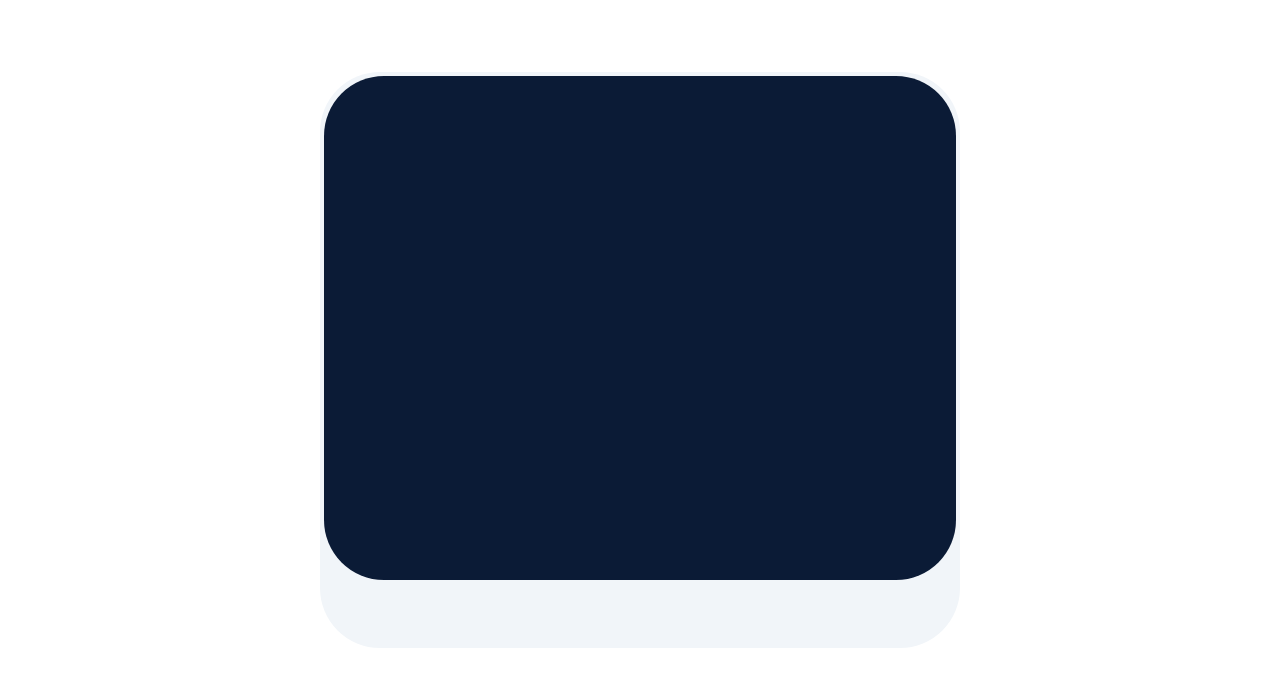
Repository: yezhonghu0503/chatgpt-vue-lac
Page: /
An editor plug-in stored every save of this project. The page is shown before and after the next save, followed by the edit.
The browser window is 1280 px wide. The pictures show the whole page.
The project was rebuilt for these pictures with package versions that can differ from the ones it lists, and the page was loaded fresh each time. Also part of the build but not shown: vite.config.ts.

Above is the page before, as saved 2023-05-17 18:53:47.

After the next save:
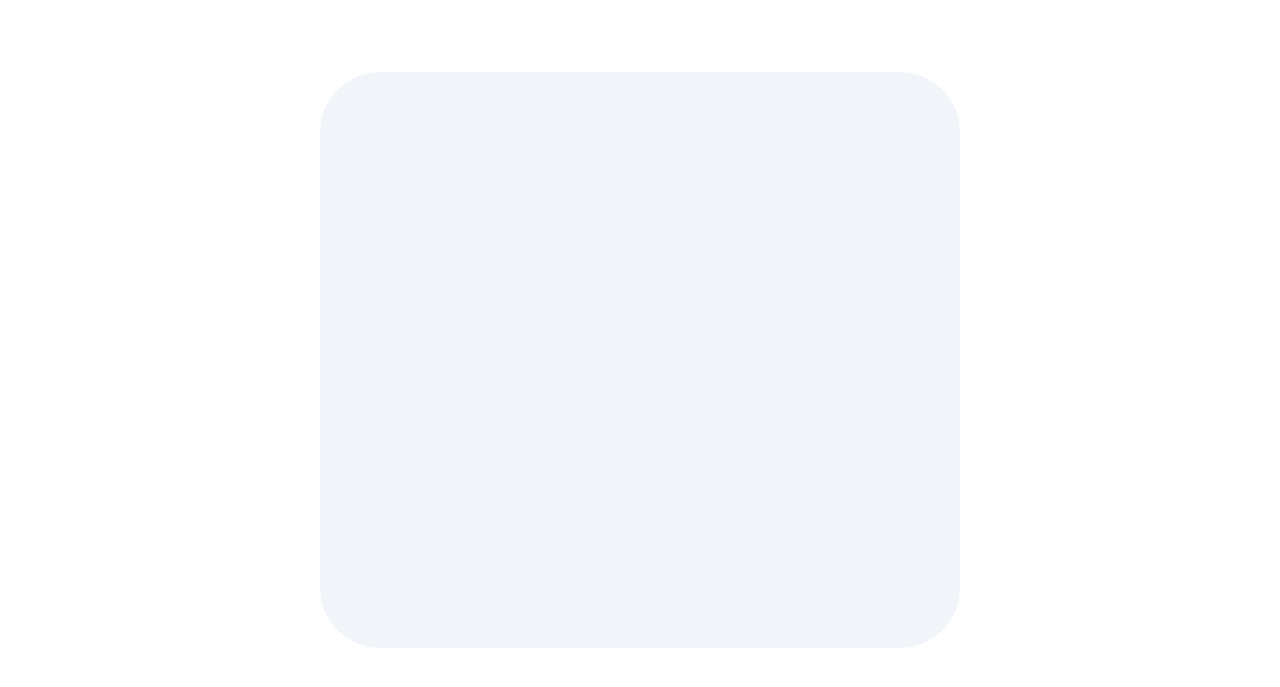
Saved 9 s later.
--- a/src/pages/chat.vue
+++ b/src/pages/chat.vue
@@ -1,6 +1,6 @@
 <template>
     <div class="w-[50vw] h-[80vh] bg-slate-100 rounded-[60px] flex justify-center p-1">
-        <div class="w-[50vw] h-[70vh] bg-rg-chat rounded-[60px]"></div>
+        <div class="w-[50vw] h-[70vh] rg-chat-border rounded-[60px]"></div>
     </div>
 </template>
 <script lang="ts" setup>
